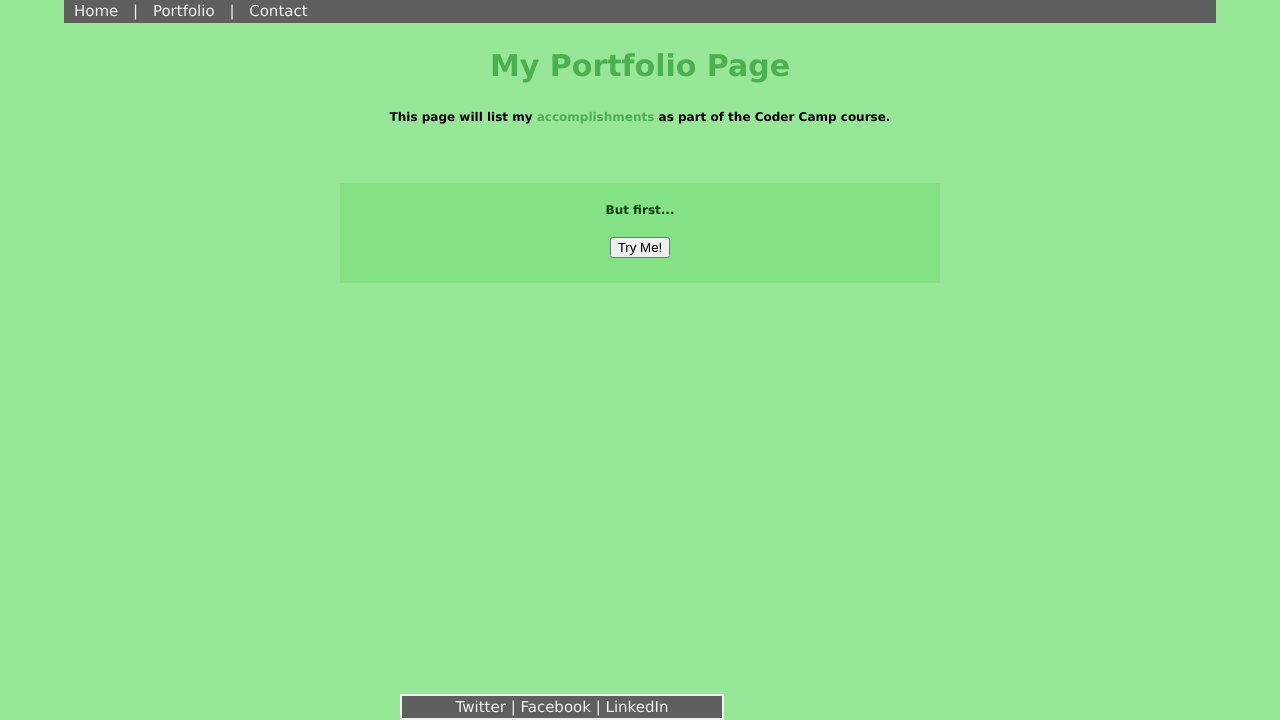
Repository: ischicagoisnotchicago/is-chicago
Page: http://localhost/CC_Personal_Website/portfolio.html
These files come from the project's save history. The page is drawn as it stood at one moment and after the next save; the edit follows.
The browser window is 1280 px wide. The pictures show the whole page.
The page is served by Tomcat 9.

Above is the page before, as saved 2017-05-26 01:19:42.

### CC Personal Website/WebContent/portfolio.html
<!DOCTYPE html>
<html>

<head>
<title>David Turner | Portfolio</title>
<link rel="stylesheet" type="text/css" href="style.css">
</head>

<body>
	<!-- Navigation Bar -->
	<nav>
		<a href="index.html">Home </a> | <a href="portfolio.html">Portfolio
		</a> | <a href="contact.html">Contact</a>
	</nav>

	<!-- Header -->
	<header>
		<h1>My Portfolio Page</h1>
		<h4>
			This page will list my <strong>accomplishments</strong> as part of
			the Coder Camp course.
		</h4>
	</header>

	<div id="portfolio">
	<div id="reserved">
		<br>But first...
		<br><br><button onclick="showFeature()" name="button">Try Me!</button></div>
	</div>

	<!-- Footer -->
	<footer>
		<a href="https://twitter.com/theagnessilient">Twitter</a> | <a
			href="https://www.facebook.com/profile.php?id=100004606000131"
		>Facebook</a> | <a href="https://www.linkedin.com/in/davidaturner19/">LinkedIn</a>
	</footer>

	<script src="script.js"></script>
</body>
</html>

### CC Personal Website/WebContent/style.css
/* Required! A background color */
/* Required! Change the font to a different Font-Family */
/* Required! Center all content on Home and Contact pages */
/* Tip! Changing body{height: 100%} will extend the page height making it easier to position content more accurately! */
body {
	font-family: Verdana,sans-serif;
    font-size: 15px;
    line-height: 1.5;
    height: 100%;
    width: 90%;
    background-color: #98e698;
    margin: 0 auto;
    text-align: center;
}

body#contact {
	font-family: "Comic Sans MS", cursive, sans-serif;
    font-size: 15px;
    line-height: 1.5;
    height: 100%;
    width: 90%;
	background-color: #ffe033;
	text-align: center;
}

header {
	height: 140px;
}

section {
	display: block;
	padding: 0 0 40px 0;
}

a {
	text-decoration: none;
}

/* Required! A style navbar */
nav {
	font-family: Verdana,sans-serif;
	color: #f1f1f1;
	background-color: #5f5f5f;
	text-align: left;
}

nav a {
	padding: 12px 10px;
}

a:link,
a:visited {
	color: #f1f1f1;
}

/* Required! Style links so when you hover the link, a different color is displayed */
a:hover {
    color: #4CAF50;
    background-color: black;
}

a:active {
    color: #f1f1f1;
}

h1, strong {
	color: #4CAF50;
}

h4 {
	font-size: .8em;
}

p {
	text-align: justify;
	text-indent: 15px;
}

dl {
	height: 380px;
}

dt {
	color: #ccad00;
	font-size: 1.4em;
	text-shadow: 2px 2px 5px white;
	text-align: left;
	border-left: 8px solid #ffdd1a;
	border-bottom: 1px solid #ffdd1a;
}

dd {
	text-align: right;
	font-style: italic;
	font-size: 0.9em;
	color: #0f3e0f;
}

#portfolio {
	height: 410px;
	width: 600px;
	margin: 0 auto 0 auto;
}

#accomplish {
	height: 400px;
}

#showtime {
	position: absolute;
	top: 180px;
	height: 220px;
	width: 600px;
	color: #0f3e0f;
	background-color: #84e184;
}

#reserved {
	height: 100px;
	font-weight: bold;
	font-size: 0.8em;
	color: #0f3e0f;
	background-color: #84e184;
}

#txtresults {
	height: 120px;
	color: #0f3e0f;
	padding: 20px 0 0 0;
	background-color: #84e184;
	border: 2px solid #ffdd1a;
}

.centerimg {
	height: 382px;
	width: 382px;
	margin: 25px auto 30px auto;
}

.itright {
	text-align: right;
	font-style: italic;
	color: #0f3e0f;
	padding-top: 50px;
}

.ftprompt {
    display: block;
    height: 25px;
    padding: 25px;
}

.fprompt {
	float: left;
	margin-left: 50px;
}

.tprompt {
	float: right;
	margin-right: 40px;
}

/* Required! The Contact should have a different color background and a set width of 25% */
.formtbl {
  height: 350px;
  width: 700px;
  margin: 0 auto 0 auto;
  padding: 10px 30px 0 30px;
}

.formside {
	width: 25%;
	float: left;
	background-color: #5f5f5f;
	padding: 10px;
	border: 5px double #0f3e0f;
	margin-left: 10px;
}

.formside input, .formside textarea {
	padding: 2px 0;
	background-color: #b8dc6f;
}

.formside button {
	margin: 0 60px;
	box-shadow: 2px 2px 2px #888888;
}

/* Required! The table needs to have a border and a background color. */
.tableside {
	float : right;
	width: 175px;
	height: 157px;
	color: #f1f1f1;
	padding: 10px;
	background-color: #5f5f5f;
    border: 5px double #0f3e0f;
    margin-right: 10px;
}

.tableside td {
	background-color: #5f5f5f;
	height: 20px;
	border: 5px double #0f3e0f;
	padding: 9px 40px;
}

/* Required! The mailto: with your email should be positioned in the bottom left corner with a border and background color */
.stuckleft {
	display: block;
	position: fixed;
	bottom: 0;
	left: 0;
	width: 97%;
	text-align: left;
	background-color: #5f5f5f;
	border-left: 5px double #f1f1f1;
	border-bottom: 1px solid #f1f1f1;
	border-right: 8px solid #f1f1f1;
}

/* Required! Footer needs to be stuck to the bottom of the page. */
footer {
  position: fixed;
  left: 400px;
  bottom: 0;
  width: 25%;
  color: #f1f1f1;
  background-color: #5f5f5f;
  border: 2px solid #f1f1f1;
}

### CC Personal Website/WebContent/script.js
// Expand punctuation as needed.
var Punctuation = {

  COMMA : ',',
  SPACE : ' ',
  PERIOD : '.',
  QUEST : '?',
  EXC : '!'
}

// Object with report stats to be used in html.
var reportMy = {
  text : "",
  numOfWords : 0,
  numOfSents : 0,
  numOfSpaces : 0,
  aveWordsPerSent : 0
}

// Array objects listing my accomplishments.
var accomplishMy = [
    {
      dt : "Personal Website",
      dd : "This is my first Website created for Coding from Scratch using HTML5 and CSS."
    }, {
      dt : "Portfolio Examples",
      dd : "Simple exercises showing my use of HTML, CSS and Javascript."
    }
];

// Generate reports to entered text.
function reportStats() {

  // Set initial.
  var wordStarted = false;

  // Get text from element with id value.
  reportMy.text = document.getElementById("sample").value;

  // Through the entire text length, check char. Update stats as appropriately.
  for ( i = 0; i < reportMy.text.length; i++) {

    switch ( reportMy.text[i]) {

      // If PERIOD, QUESTION, EXCLAMATIONPT, update number of sentences.
      case Punctuation.PERIOD:
      case Punctuation.QUEST:
      case Punctuation.EXC:
        if ( wordStarted === true) {
          reportMy.numOfSents++;
        }
        // break;

        // If either or COMMA, update number of words,
      case Punctuation.COMMA:
        if ( wordStarted === true) {
          reportMy.numOfWords++;
          wordStarted = false;
        }
        break;

      // If COMMA, update number of spaces.
      case Punctuation.SPACE:
        reportMy.numOfSpaces++;
        if ( wordStarted === true) {
          reportMy.numOfWords++;
          wordStarted = false;
        }
        break;

      // Assumes otherwise we are char in a word.
      default: {
        if ( wordStarted === false) {
          wordStarted = true;
        }
      }
    }
  }

  // Once text length has been reached, update average words per sentence.
  reportMy.aveWordsPerSent = parseInt(reportMy.numOfWords / reportMy.numOfSents);

  // Return reportMy object.
  return reportMy;
}

// Create a portfolio report of accomplishments.
function portlist() {

  var port = document.getElementById("portfolio");
  var showt = document.getElementById("showtime");
  port.removeChild(showt);
  var div = appendElementChild("div", port, "accomplish");
  var dl = appendElementChild("dl", div);

  // Build accomplishment listing.
  if ( accomplishMy !== null) {
    var i = 0;
    do {

      var dt = appendElementChild("dt", dl);
      dt.innerHTML = accomplishMy[i].dt;
      var dd = appendElementChild("dd", dl);
      dd.innerHTML = accomplishMy[i].dd;
      appendBreakChild(2, dl);
      i++;

    } while ( i < accomplishMy.length);

  }

  return true;
}

// Create a page with the textreader exercise.
function textreader() {

  // Replace "reserved" report with feature exercise.
  var port = document.getElementById("portfolio");
  var reserved = document.getElementById("reserved");
  port.removeChild(reserved);
  var div = appendElementChild("div", port, "showtime");
  var prompt1 = "First, a simple exercise. Type complete sentences "
      + "in the text area provided then press SUBMIT. I will report "
      + "statistics related to your submission. Cool? ";
  appendTextChild(prompt1, div, "h4");
  var prompt2 = "Text Reader and Statistics";
  var txta = appendElementChild("textarea", div, "sample");
  txta.setAttribute("name", "textReader");
  txta.setAttribute("rows", "5");
  txta.setAttribute("cols", "30");
  appendBreakChild(2, div);

  // Create button to move to next results page.
  var button1 = appendElementChild("button", div, "button1id");
  button1.innerHTML = "Submit";
  button1.setAttribute("name", "button1");
  button1.setAttribute("onClick", "txtrresults()");

  return true;
}

// Create a page of textreader results.
function txtrresults() {

  // First, run reportStats and generate the ReportMy stats to be used.
  reportStats();

  // Then setup report using ReportMy data.
  var prompt1 = "I detect you had entered " + reportMy.numOfSents
      + " sentence(s), consisting of " + reportMy.numOfWords + " words and "
      + reportMy.numOfSpaces
      + " spaces. The average words per sentence therefore is "
      + reportMy.aveWordsPerSent + ". Thanks for playing!";
  var noenter = "I detect you have not entered words in the text area. Ok then.";

  // Create noenter if no words detected in text area.
  if ( reportMy.numOfWords === 0) {
    prompt1 = noenter;
  }

  // If word are detected, create page report.
  var showt = document.getElementById("showtime");
  var button1 = document.getElementById("button1id");
  showt.removeChild(button1);

  var port = document.getElementById("portfolio");
  var div = appendElementChild("div", showt, "txtresults");
  appendTextChild(prompt1, div, "h4");

  var button2 = appendElementChild("button", div, "button2id");
  button2.innerHTML = "Done!";
  button2.setAttribute("name", "button2");
  button2.setAttribute("onClick", "portlist()");
  return;
}

// Replace with whatever exercise you want to display. For now, TextReader().
function showFeature() {

  textreader();
}

// Append text as a child node (w element).
function appendTextChild(text, node, element, idname) {

  // Check input.
  if ( text === undefined || text === null || node === undefined
      || node === null || element === undefined || element === null) {
    return null;
  }

  // Create styled text node.
  var txt = document.createTextNode(text);
  var el = _createel(element, idname);
  el.appendChild(txt);
  node.appendChild(el);

  return el;
}

// Append xtimes of break(s) as child node(s) to node.
function appendBreakChild(xtimes, node) {

  // Check input.
  if ( xtimes === undefined || xtimes === null || node === undefined
      || node === null) {
    return null;
  }

  var i = 0;
  // Create xtimes number of breaks.
  do {

    node.appendChild(document.createElement("br"));
    i++;

  } while ( i < xtimes);

  return true;
}

// Create child node of element with optional idname. You need idname if you
// want to remove later.
function appendElementChild(element, node, idname) {

  if ( element === undefined || element === null || node === undefined
      || node === null) {
    return null;
  }

  var el = _createel(element, idname);
  node.appendChild(el);

  return el;
}

function _createel(element, idname) {

  // Check input.
  if ( element === null) {
    return;
  }

  // Create element with optional id.
  var el = document.createElement(element);
  if ( idname !== undefined && idname !== null) {

    el.setAttribute("id", idname);
  }

  return el;
}

After the next save:
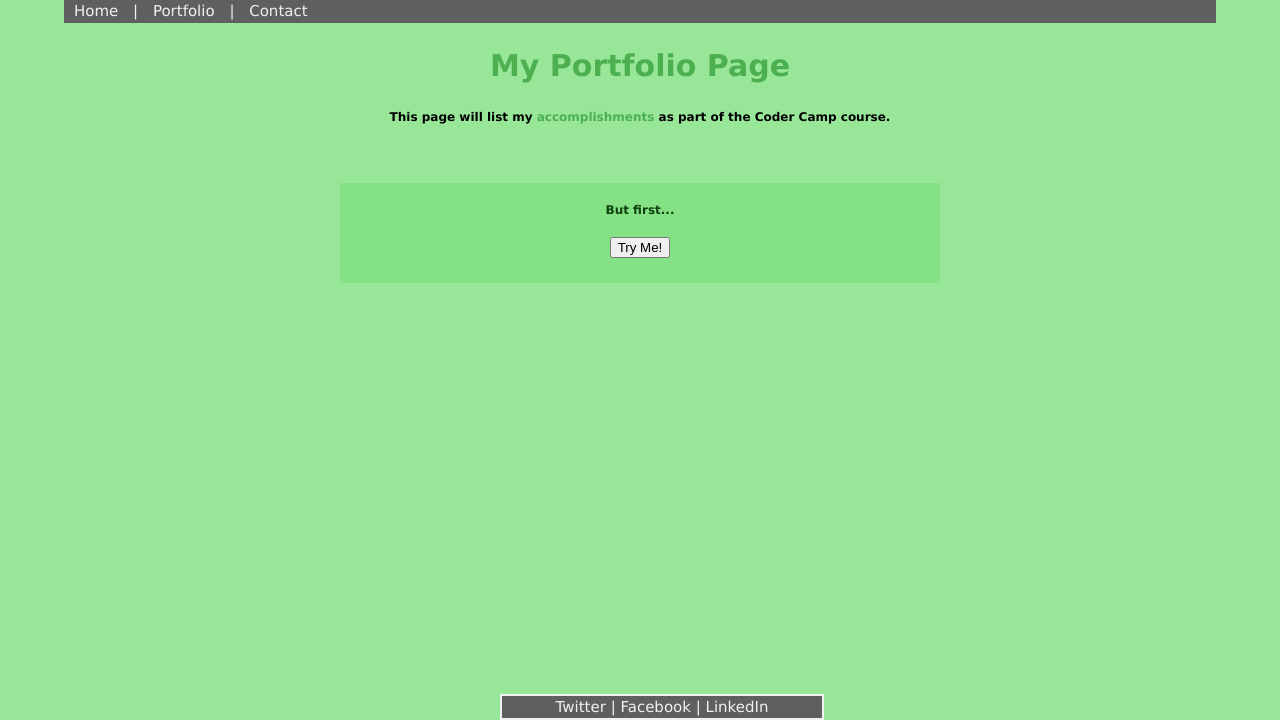
Saved 60 s later.
--- a/CC Personal Website/WebContent/style.css
+++ b/CC Personal Website/WebContent/style.css
@@ -223,7 +223,7 @@ dd {
 /* Required! Footer needs to be stuck to the bottom of the page. */
 footer {
   position: fixed;
-  left: 400px;
+  left: 500px;
   bottom: 0;
   width: 25%;
   color: #f1f1f1;
